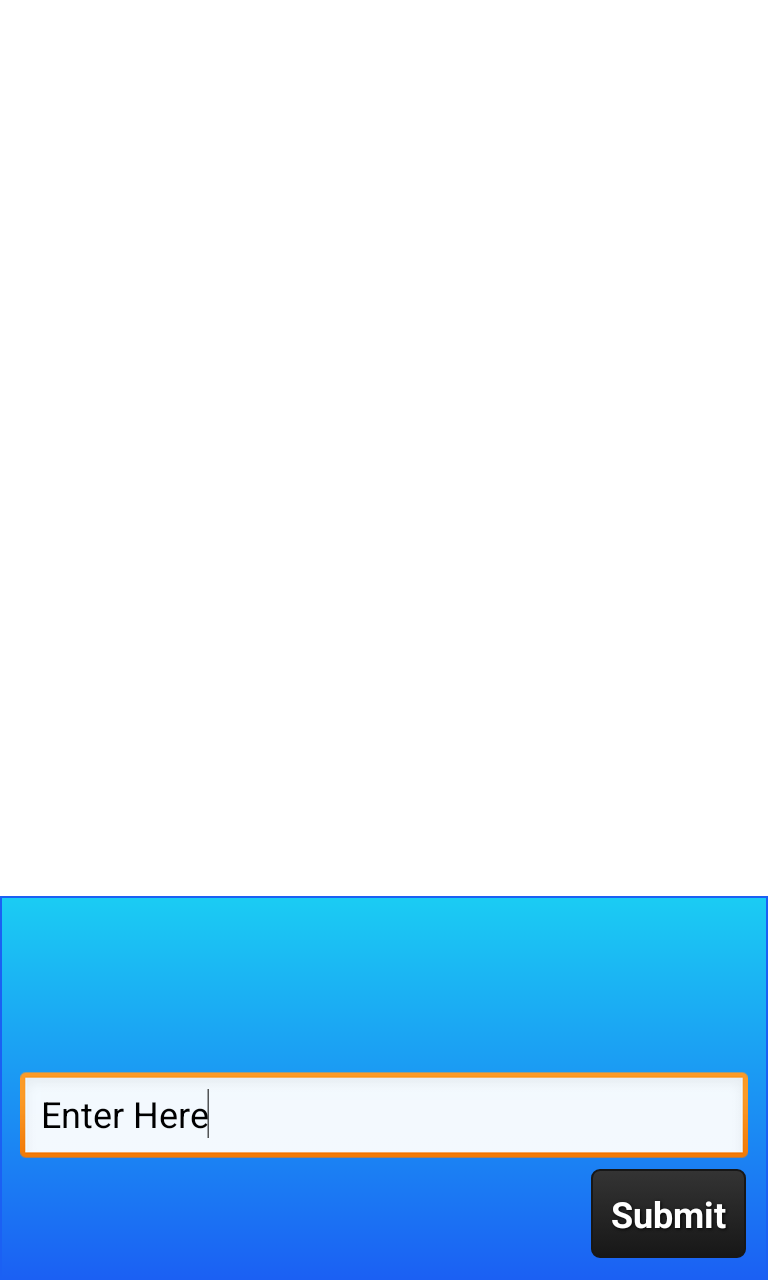
Repository: yuanpeixin/Project
Layout: GameForum/res/layout/add_reply.xml
These files come from the project's save history. The layout is drawn as it stood at one moment and after the next save; the edit follows.
It is drawn on a 768 x 1280 px phone screen (xhdpi) without system bars, with theme android:Theme.Translucent; the app's code is not run.

Above is the layout before, as saved 2015-10-07 05:55:11.

After the next save:
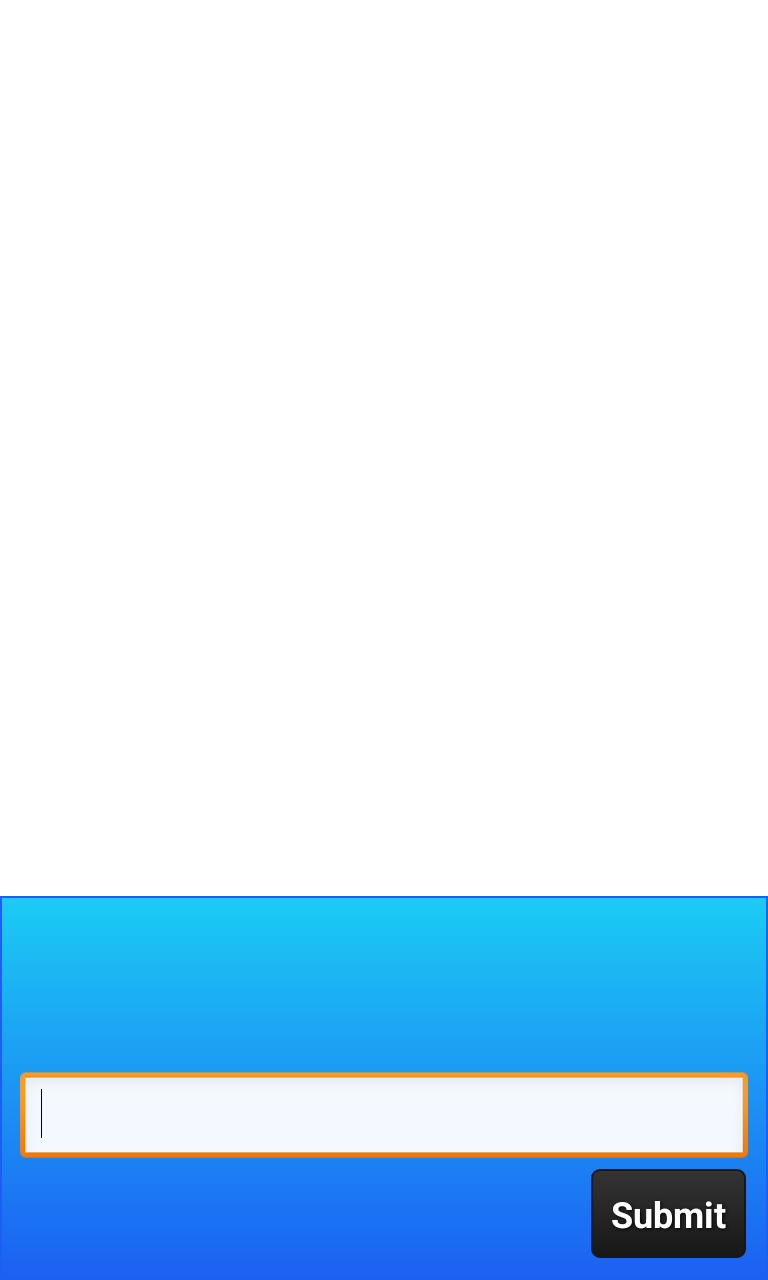
Saved 49 s later.
--- a/GameForum/res/layout/add_reply.xml
+++ b/GameForum/res/layout/add_reply.xml
@@ -23,8 +23,7 @@
             android:layout_height="wrap_content"
             android:layout_above="@+id/arSubmit"
             android:ems="10"
-            android:inputType="textMultiLine"
-            android:text="Enter Here" >
+            android:inputType="textMultiLine" >
 
             <requestFocus />
         </EditText>
